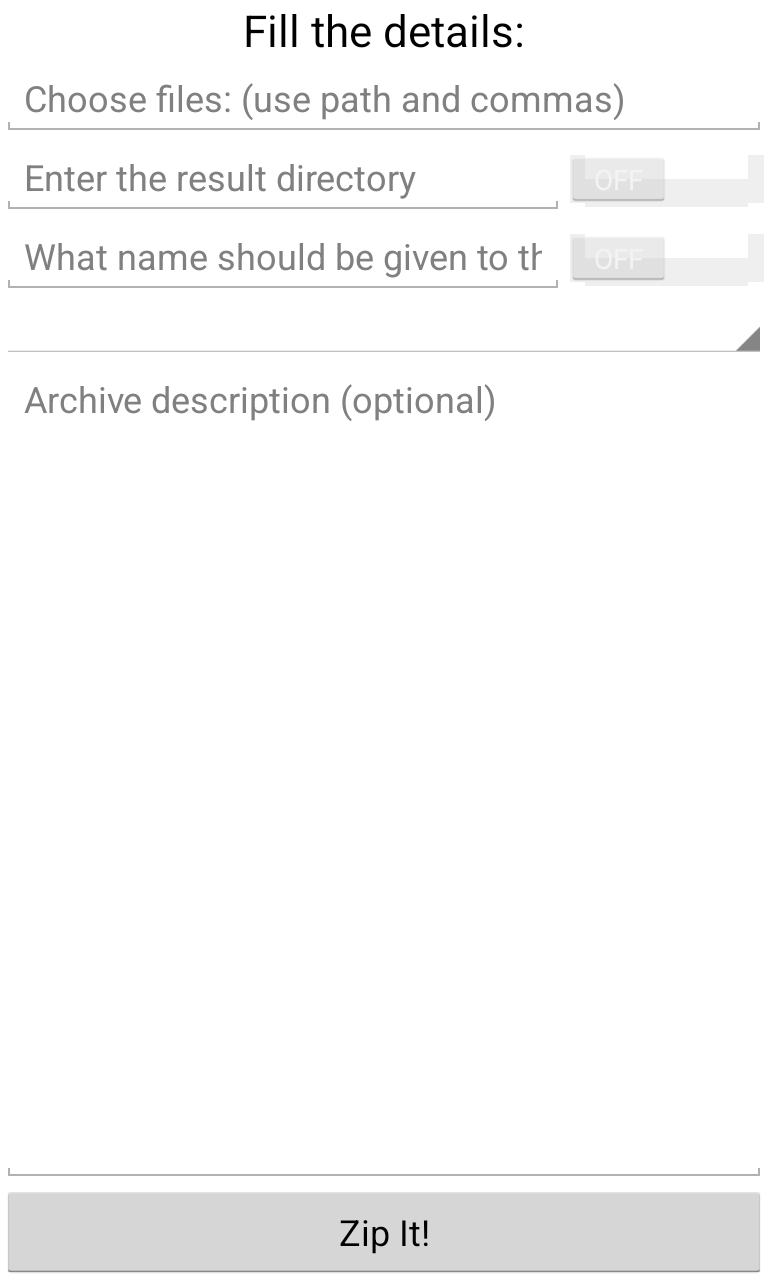
Repository: ya-ivanov/Android-Projects
Layout: Android Projects (OLD)/Zip It!/ZipIt/res/layout/activity_main.xml
An editor plug-in stored every save of this project. The layout is shown before and after the next save, followed by the edit.
It is drawn on a 768 x 1280 px phone screen (xhdpi) without system bars, with theme AppTheme; the app's code is not run.

Above is the layout before, as saved 2013-12-11 20:52:40.

After the next save:
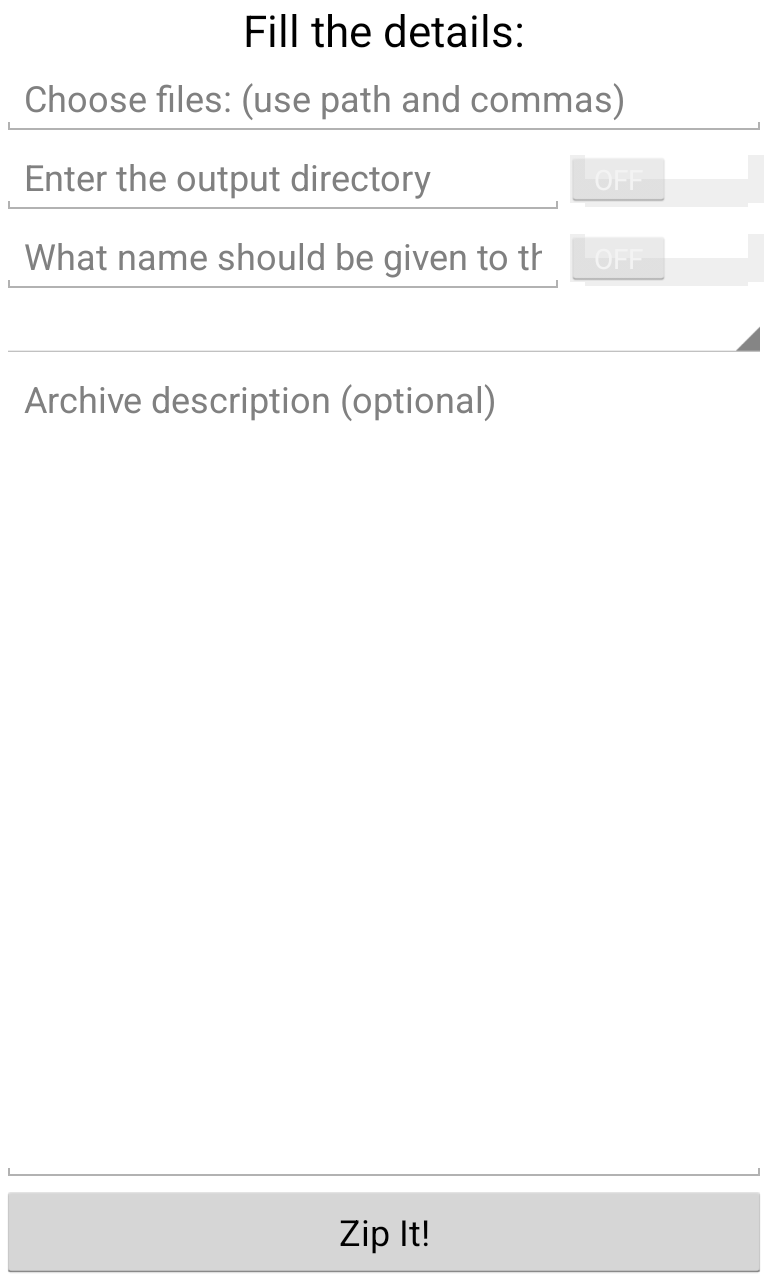
Saved 7 min 43 s later.
--- a/Android Projects (OLD)/Zip It!/ZipIt/res/layout/activity_main.xml
+++ b/Android Projects (OLD)/Zip It!/ZipIt/res/layout/activity_main.xml
@@ -30,7 +30,7 @@
             android:layout_height="wrap_content"
             android:layout_weight="1"
             android:ems="10"
-            android:hint="Enter the result directory"
+            android:hint="Enter the output directory"
             android:singleLine="true" >
         </EditText>
 
